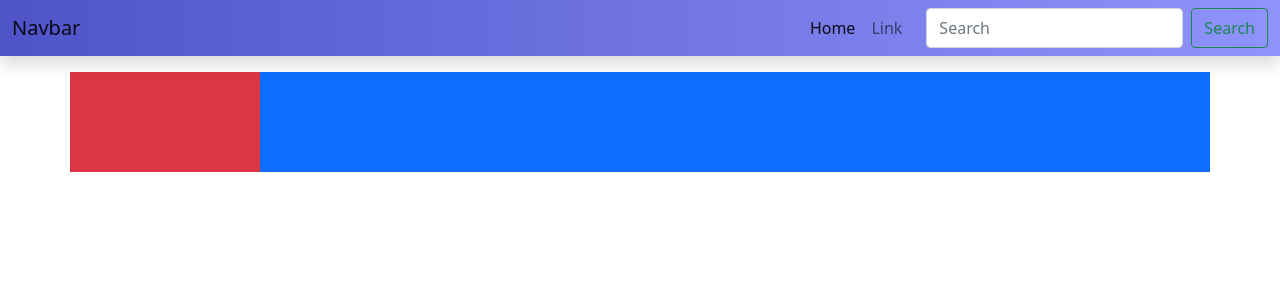
Repository: ttranhhoang/layoutBS
Page: index.html
An editor plug-in stored every save of this project. The page is shown before and after the next save, followed by the edit.
The browser window is 1280 px wide. The pictures show the whole page.

Above is the page before, as saved 2022-04-23 17:15:16.

### index.html
<!DOCTYPE html>
<html lang="en">
  <head>
    <meta charset="UTF-8" />
    <meta http-equiv="X-UA-Compatible" content="IE=edge" />
    <meta name="viewport" content="width=device-width, initial-scale=1.0" />
    <title>Layout BS</title>
    <link
      href="https://cdn.jsdelivr.net/npm/bootstrap@5.1.3/dist/css/bootstrap.min.css"
      rel="stylesheet"
      integrity="sha384-1BmE4kWBq78iYhFldvKuhfTAU6auU8tT94WrHftjDbrCEXSU1oBoqyl2QvZ6jIW3"
      crossorigin="anonymous"
    />
    <link rel="stylesheet" href="index.css" />
  </head>
  <body>
    <header class="header">
      <nav class="navbar navbar-expand-lg fixed-top shadow navbar-light">
        <div class="container-fluid">
          <a class="navbar-brand" href="#">Navbar</a>
          <button
            class="navbar-toggler"
            type="button"
            data-bs-toggle="offcanvas"
            data-bs-target="#navbarOffcanvasLg"
            aria-controls="navbarOffcanvasLg"
            aria-expanded="false"
            aria-label="Toggle navigation"
          >
            <span class="navbar-toggler-icon"></span>
          </button>

          <div
            class="offcanvas offcanvas-end"
            tabindex="-1"
            id="navbarOffcanvasLg"
            aria-labelledby="navbarOffcanvasLgLabel"
          >
            <div class="offcanvas-header">
              <h5 class="offcanvas-title" id="offcanvasNavbarLabel">
                Offcanvas
              </h5>
              <button
                type="button"
                class="btn-close text-reset"
                data-bs-dismiss="offcanvas"
                aria-label="Close"
              ></button>
            </div>
            <div class="offcanvas-body">
              <ul class="navbar-nav justify-content-end flex-grow-1 pe-3">
                <li class="nav-item">
                  <a class="nav-link active" aria-current="page" href="#"
                    >Home</a
                  >
                </li>
                <li class="nav-item">
                  <a class="nav-link" href="#">Link</a>
                </li>
              </ul>
              <form class="d-flex">
                <input
                  class="form-control me-2 "
                  type="search"
                  placeholder="Search"
                  aria-label="Search"
                />
                <button class="btn btn-outline-success" type="submit">
                  Search
                </button>
              </form>
            </div>
          </div>
        </div>
      </nav>
    </header>

    <div class="container">
      <div class="row">
        <div class="col-2 bg-danger"></div>
        <div class="col-10 bg-primary"></div>
      </div>
    </div>

    <script
      src="https://cdn.jsdelivr.net/npm/bootstrap@5.1.3/dist/js/bootstrap.bundle.min.js"
      integrity="sha384-ka7Sk0Gln4gmtz2MlQnikT1wXgYsOg+OMhuP+IlRH9sENBO0LRn5q+8nbTov4+1p"
      crossorigin="anonymous"
    ></script>
  </body>
</html>

### index.css
*,
*::after,
*::before {
  box-sizing: border-box;
}
/* custom */
button.navbar-toggler:focus {
  box-shadow: none;
}
button[type="button"],
button[type="submit"],
button[class^="btn"]:focus {
  box-shadow: none;
}
button[class*="btn-outline"]:active:focus {
  box-shadow: none;
}

/* styles ui */
body {
  padding-top: 72px;
}
.main {
  height: 100vh;
}
nav.navbar {
  background: #4e54c8; /* fallback for old browsers */
  background: -webkit-linear-gradient(
    to left,
    #8f94fb,
    #4e54c8
  ); /* Chrome 10-25, Safari 5.1-6 */
  background: linear-gradient(
    to left,
    #8f94fb,
    #4e54c8
  ); /* W3C, IE 10+/ Edge, Firefox 16+, Chrome 26+, Opera 12+, Safari 7+ */
}
.navbar {
  padding: 1
}
.navbar-light .navbar-toggler {
  border: none;
}
div.row {
  height: 100px;
}

After the next save:
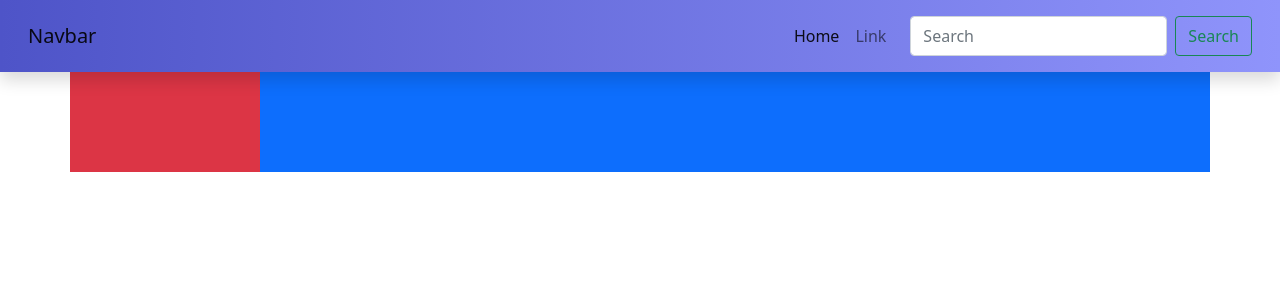
Saved 1 s later.
--- a/index.css
+++ b/index.css
@@ -37,7 +37,7 @@ nav.navbar {
   ); /* W3C, IE 10+/ Edge, Firefox 16+, Chrome 26+, Opera 12+, Safari 7+ */
 }
 .navbar {
-  padding: 1
+  padding: 1rem
 }
 .navbar-light .navbar-toggler {
   border: none;
